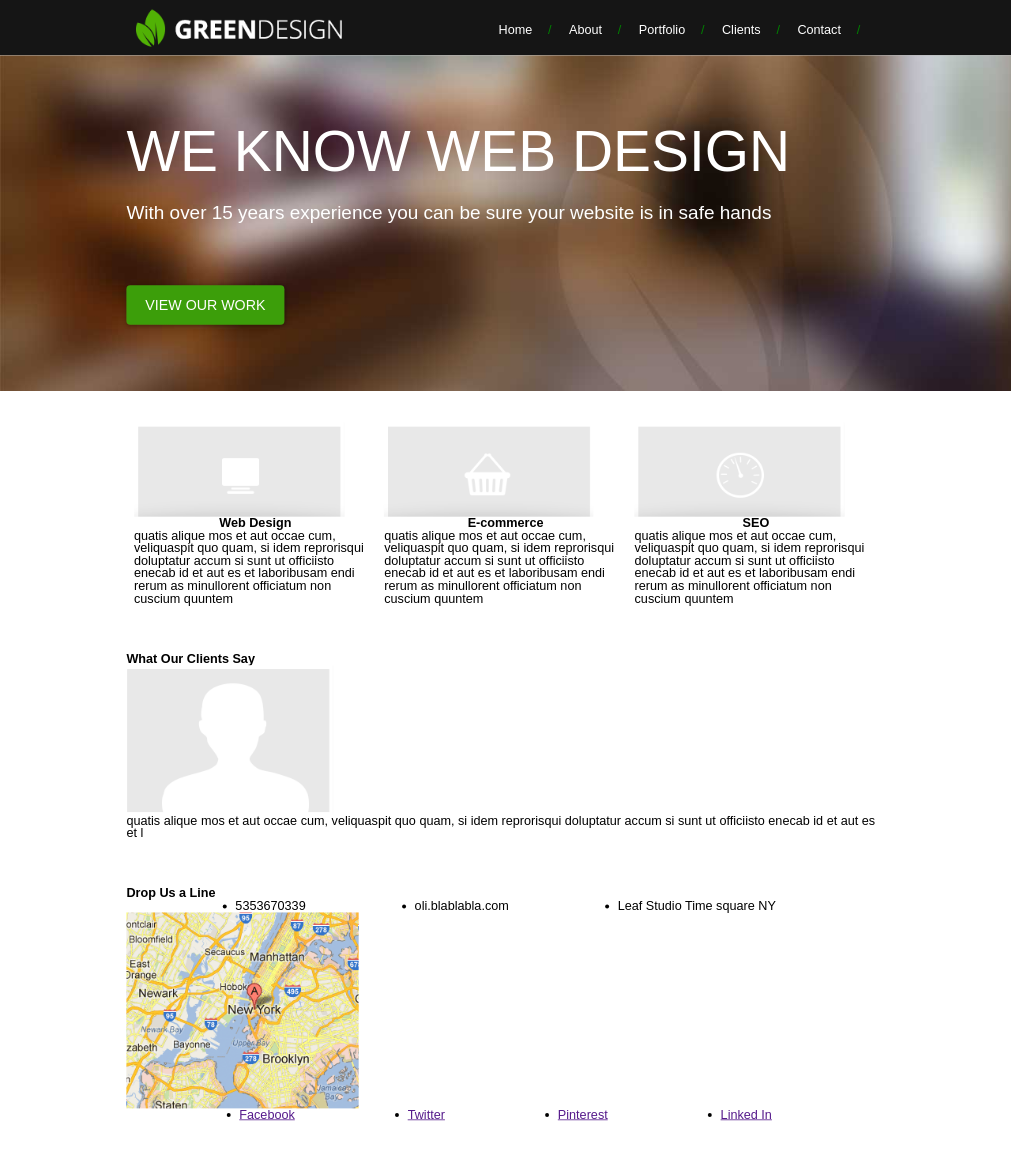
Repository: Piterwk1/psd-to-html
Page: website/index.html
An editor plug-in stored every save of this project. The page is shown before and after the next save, followed by the edit.
The browser window is 1280 px wide. The pictures show the whole page, at 79% of full size.

Above is the page before, as saved 2021-09-14 21:07:43.

### website/index.html
<html lang="en">

<head>
    <meta charset="UTF-8">
    <meta http-equiv="X-UA-Compatible" content="IE=edge">
    <meta name="viewport" content="width=device-width, initial-scale=1.0">
    <title>Green Design</title>
    <link rel="stylesheet" href="style.css">
</head>

<body>
    <header>
        <div class="wrapper">
            <h1 id="logo">Green Design</h1>
            <nav>
                <h2>Main Navigation</h2>
                <ul>
                    <li><a href="">Home</a><span>/</span></li>
                    <li><a href="">About</a><span>/</span></li>
                    <li><a href="">Portfolio</a><span>/</span></li>
                    <li><a href="">Clients</a><span>/</span></li>
                    <li><a href="">Contact</a><span>/</span></li>
                </ul>
            </nav>
        </div>
    </header>
    <div id="lead-banner">
        <img src="images/Baner.jpg" alt="main banner">
        <div class="banner-overlay">
            <div class="wrapper">
                <div class="banner-title">We know web Design</div>
                <p>With over 15 years experience you can be sure your website is in safe hands</p>
                <a href="">View our work</a>
            </div>
        </div>
    </div>
    <div id="main-content">

        <div class="wrapper">

            <section id="points-of-sale">
                <h2>Point of Sale</h2>
                <ul>
                    <li>
                        <img src="images/cs1.png" alt="Web Design">
                        <h3>Web Design</h3>
                        <p>quatis alique mos et aut occae cum, veliquaspit quo quam, si idem reprorisqui doluptatur
                            accum si
                            sunt ut officiisto enecab id et aut es et laboribusam endi rerum as minullorent officiatum
                            non
                            cuscium quuntem</p>
                    </li>
                    <li>
                        <img src="images/cs2.png" alt="E-commerce">
                        <h3>E-commerce</h3>
                        <p>quatis alique mos et aut occae cum, veliquaspit quo quam, si idem reprorisqui doluptatur
                            accum si
                            sunt ut officiisto enecab id et aut es et laboribusam endi rerum as minullorent officiatum
                            non
                            cuscium quuntem</p>
                    </li>
                    <li>
                        <img src="images/cs3.png" alt="SEO">
                        <h3>SEO</h3>
                        <p>quatis alique mos et aut occae cum, veliquaspit quo quam, si idem reprorisqui doluptatur
                            accum si
                            sunt ut officiisto enecab id et aut es et laboribusam endi rerum as minullorent officiatum
                            non
                            cuscium quuntem</p>
                    </li>
                </ul>
            </section>
            <section id="clients">
                <h2>What Our Clients Say</h2>
                <img src="images/head.png" alt="head">
                <!-- <img src="images/quotes.png" alt="quotes"> -->
                <blockquote>quatis alique mos et aut occae cum, veliquaspit quo quam, si idem reprorisqui doluptatur
                    accum
                    si sunt ut officiisto enecab id et aut es et l</blockquote>
            </section>
            <section id="contact">
                <h2>Drop Us a Line</h2>
                <ul id="contact-methods">
                    <li>5353670339</li>
                    <li>oli.blablabla.com</li>
                    <li>
                        <span>Leaf Studio</span>
                        <span>Time square</span>
                        <span>NY</span>
                    </li>
                </ul>
                <img src="images/map.png" alt="map">
                <ul id="social-map">
                    <li class="facebook"><a href="">Facebook</a></li>
                    <li class="twitter"><a href="">Twitter</a></li>
                    <li class="pinterest"><a href="">Pinterest</a></li>
                    <li class="linked-in"><a href="">Linked In</a></li>
                </ul>
            </section>
        </div>
    </div>
</body>

</html>

### website/style.css
html,
body,
div,
span,
object,
iframe,
h1,
h2,
h3,
h4,
h5,
h6,
p,
blockquote,
pre,
abbr,
address,
cite,
code,
del,
dfn,
em,
img,
ins,
kbd,
q,
samp,
small,
strong,
sub,
sup,
var,
b,
i,
dl,
dt,
dd,
ol,
ul,
li,
fieldset,
form,
label,
legend,
table,
caption,
tbody,
tfoot,
thead,
tr,
th,
td,
article,
aside,
canvas,
details,
figcaption,
figure,
footer,
header,
hgroup,
menu,
nav,
section,
summary,
time,
mark,
audio,
video {
  margin: 0;
  padding: 0;
  border: 0;
  outline: 0;
  font-size: 100%;
  vertical-align: baseline;
  background: transparent;
  font-family: arial;
}

body {
  line-height: 1;
}

article,
aside,
details,
figcaption,
figure,
footer,
header,
hgroup,
menu,
nav,
section {
  display: block;
}

nav ul {
  list-style: none;
}

blockquote,
q {
  quotes: none;
}

blockquote:before,
blockquote:after,
q:before,
q:after {
  content: "";
  content: none;
}

a {
  margin: 0;
  padding: 0;
  font-size: 100%;
  vertical-align: baseline;
  background: transparent;
}

/* change colours to suit your needs */
ins {
  background-color: #ff9;
  color: #000;
  text-decoration: none;
}

/* change colours to suit your needs */
mark {
  background-color: #ff9;
  color: #000;
  font-style: italic;
  font-weight: bold;
}

del {
  text-decoration: line-through;
}

abbr[title],
dfn[title] {
  border-bottom: 1px dotted;
  cursor: help;
}

table {
  border-collapse: collapse;
  border-spacing: 0;
}

/* change border colour to suit your needs */
hr {
  display: block;
  height: 1px;
  border: 0;
  border-top: 1px solid #cccccc;
  margin: 1em 0;
  padding: 0;
}

input,
select {
  vertical-align: middle;
}

header div {
  display: flex;
  justify-content: space-between;
  width: 100%;
  max-width: 960px;
  margin: 0 auto;
}

.wrapper {
  width: 100%;
  max-width: 960px;
  margin: 0 auto;
}

header {
  background: #151515;
}

#logo {
  background: url(images/Logo.png) no-repeat;
  height: 70px;
  width: 280px;
  text-indent: -100000px;
}

header nav {
  margin-top: 30px;
  margin-right: 20px;
  width: 50%;
}

header nav h2 {
  height: 0;
  text-indent: -100000px;
}
header nav a {
  color: #fff;
  text-decoration: none;
  font-family: arial;
}

header nav ul {
  display: flex;
  justify-content: space-around;
}

header nav span {
  color: green;
  margin-left: 20px;
}

#lead-banner img {
  width: 100%;
}

#lead-banner {
  max-height: 440px;
  overflow: hidden;
  position: relative;
}

.banner-overlay {
  position: absolute;
  top: 20%;
  width: 100%;
}

.banner-title {
  color: #fff;
  text-transform: uppercase;
  font-size: 72px;
}

#lead-banner p {
  color: #fff;
  font-size: 24px;
  min-width: 600px;
  margin-top: 30px;
}

#lead-banner a {
  color: #fff;
  display: block;
  width: 200px;
  font-size: 18px;
  text-align: center;
  padding: 16px 0;
  text-decoration: none;
  text-transform: uppercase;
  border-radius: 5px;
  margin-top: 80px;
  box-shadow: 1px 1px 6px rgba(0, 0, 0, 0.4);

  /* Permalink - use to edit and share this gradient: https://colorzilla.com/gradient-editor/#3c9e0a+0,3c9e0a+100 */
  background: #3c9e0a; /* Old browsers */
  background: -moz-linear-gradient(
    top,
    #3c9e0a 0%,
    #3c9e0a 100%
  ); /* FF3.6-15 */
  background: -webkit-linear-gradient(
    top,
    #3c9e0a 0%,
    #3c9e0a 100%
  ); /* Chrome10-25,Safari5.1-6 */
  background: linear-gradient(
    to bottom,
    #3c9e0a 0%,
    #3c9e0a 100%
  ); /* W3C, IE10+, FF16+, Chrome26+, Opera12+, Safari7+ */
  filter: progid:DXImageTransform.Microsoft.gradient( startColorstr='#3c9e0a', endColorstr='#3c9e0a',GradientType=0 ); /* IE6-9 */
}

section {
    margin: 40px 0 60px;
}

section#points-of-sale ul {
    list-style: none;
}

#points-of-sale h2 {
    height: 0;
    text-indent: -10000px;
}

section ul {
    display: flex;
    justify-content: space-evenly;
}

#points-of-sale li {
    width: 32%;
}

#points-of-sale li h3 {
    text-align: center;
}

After the next save:
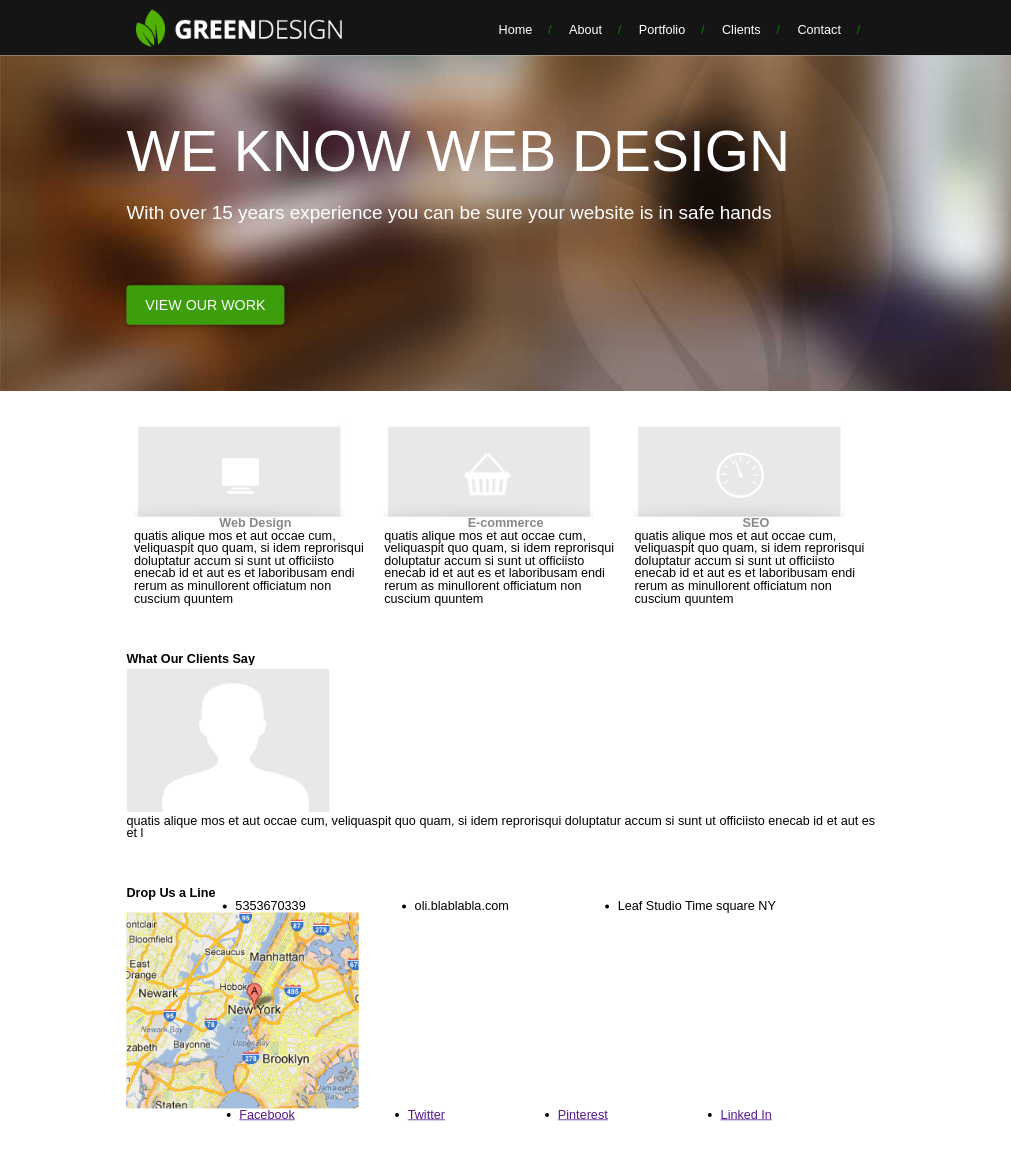
Saved 18 s later.
--- a/website/style.css
+++ b/website/style.css
@@ -302,4 +302,5 @@
 
 #points-of-sale li h3 {
     text-align: center;
-}
+    color:  #888;
+}

After the save that followed:
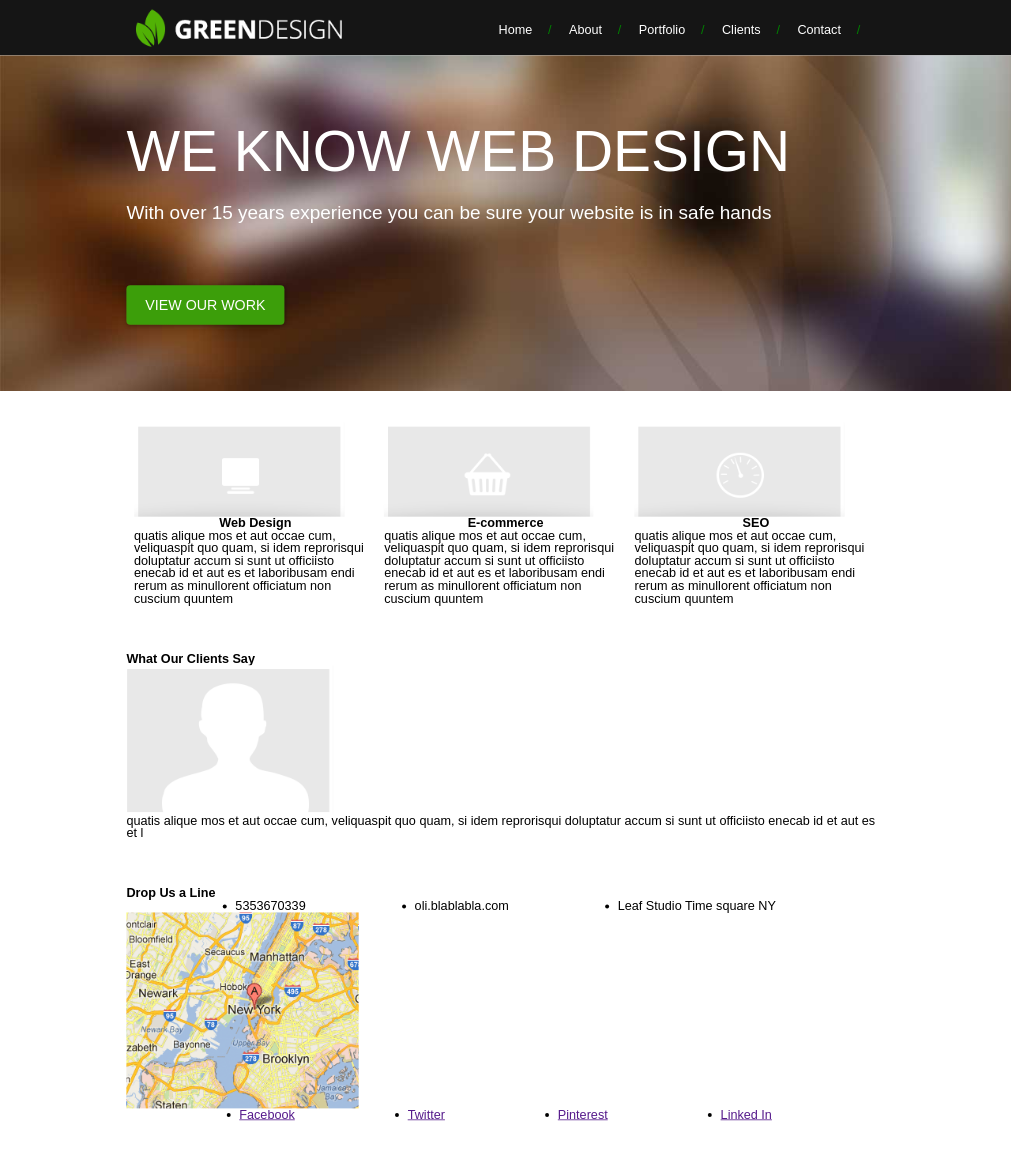
Saved 14 s later.
--- a/website/style.css
+++ b/website/style.css
@@ -302,5 +302,5 @@
 
 #points-of-sale li h3 {
     text-align: center;
-    color:  #888;
-}
+    /* color:  #888; */
+}
